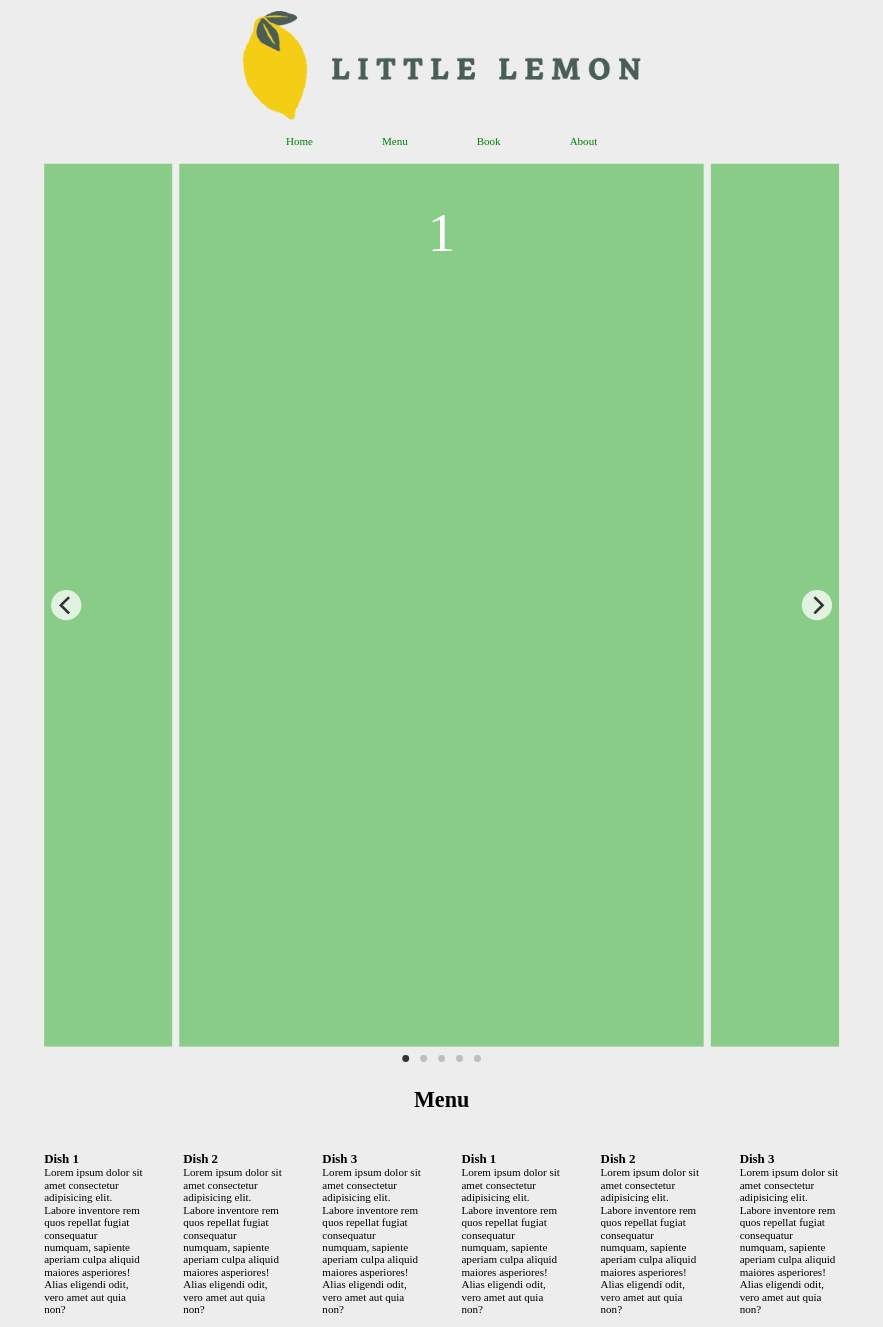
Repository: klone007/littleLemon
Page: index.html
These files come from the project's save history. The page is drawn as it stood at one moment and after the next save; the edit follows.
The browser window is 1280 px wide. The pictures show the whole page, at 69% of full size.

Above is the page before, as saved 2022-11-16 22:34:47.

### index.html
<!DOCTYPE html>
<html lang="en">
<head>
    <meta charset="UTF-8">
    <meta http-equiv="X-UA-Compatible" content="IE=edge">
    <meta name="viewport" content="width=device-width, initial-scale=1.0">
    <title>Little Lemon</title>
    <meta name="author" content="Owned by Maria & Jason">
    <meta name="description" content="Little lemon restaurant">

    <link rel="stylesheet" href="./styles.css">
    <link rel="stylesheet" href="./docs/flickity.css" media="screen">
</head>
<body>
    <script src="./docs/flickity.pkgd.min.js"></script>
    <header>
        <img src="Asset 16@4x.png" alt="logo" />
    </header>

    <nav>
        <ul>
            <li><a href="#">Home</a></li>
            <li><a href="#">Menu</a></li>
            <li><a href="#">Book</a></li>
            <li><a href="#">About</a></li>
        </ul>
    </nav>

    <main>
        <div class="gallery js-flickity" data-flickity-options='{ "wrapAround": true }'>
            <div class="gallery-cell"></div>
            <div class="gallery-cell"></div>
            <div class="gallery-cell"></div>
            <div class="gallery-cell"></div>
            <div class="gallery-cell"></div>
        </div>

        <h1>Menu</h1>
        <section>
            <article>
                <h3>Dish 1</h3>
                <p>Lorem ipsum dolor sit amet consectetur adipisicing elit. Labore inventore rem quos repellat fugiat consequatur numquam, sapiente aperiam culpa aliquid maiores asperiores! Alias eligendi odit, vero amet aut quia non?</p>
            </article>
            <article>
                <h3>Dish 2</h3>
                <p>Lorem ipsum dolor sit amet consectetur adipisicing elit. Labore inventore rem quos repellat fugiat consequatur numquam, sapiente aperiam culpa aliquid maiores asperiores! Alias eligendi odit, vero amet aut quia non?</p>
            </article>
            <article>
                <h3>Dish 3</h3>
                <p>Lorem ipsum dolor sit amet consectetur adipisicing elit. Labore inventore rem quos repellat fugiat consequatur numquam, sapiente aperiam culpa aliquid maiores asperiores! Alias eligendi odit, vero amet aut quia non?</p>
            </article>
            <article>
                <h3>Dish 1</h3>
                <p>Lorem ipsum dolor sit amet consectetur adipisicing elit. Labore inventore rem quos repellat fugiat consequatur numquam, sapiente aperiam culpa aliquid maiores asperiores! Alias eligendi odit, vero amet aut quia non?</p>
            </article>
            <article>
                <h3>Dish 2</h3>
                <p>Lorem ipsum dolor sit amet consectetur adipisicing elit. Labore inventore rem quos repellat fugiat consequatur numquam, sapiente aperiam culpa aliquid maiores asperiores! Alias eligendi odit, vero amet aut quia non?</p>
            </article>
            <article>
                <h3>Dish 3</h3>
                <p>Lorem ipsum dolor sit amet consectetur adipisicing elit. Labore inventore rem quos repellat fugiat consequatur numquam, sapiente aperiam culpa aliquid maiores asperiores! Alias eligendi odit, vero amet aut quia non?</p>
            </article>
        </section>
    </main>
</body>
</html>

### styles.css
*{
    margin:0;
    padding:0;
    -webkit-box-sizing: border-box;
    box-sizing: border-box;
}

body {
    background-color: #ededed;
    margin-top: 1rem;
    margin-bottom: 1rem;
    margin-left: 5%;
    margin-right: 5%;
}

header > img {
    display: block;
    margin-left: auto;
    margin-right: auto;
    width:50%;
}

nav  ul {
    list-style: none;
    display: flex;
    justify-content: center;
    margin: 2%;

}

nav a:link {
    text-decoration: none;
    color: green;
    padding: 10px 50px;

}

nav a:hover {
    background-color: green;
    color: antiquewhite;
}

main > h1 {
    display: flex;
    justify-content: center;
    align-items: center;
    margin-top:5%;
}
section {
    display: flex;
    justify-content: center;
    align-items: center;
    margin-top: 5%;
    margin-left: auto;
    margin-right: auto;
    gap: 5%;
}



.gallery {
    background: #EEE;
  }

  .gallery-cell {
    width: 66%;
    height: 100vw;
    margin-right: 10px;
    background: #8C8;
    counter-increment: gallery-cell;
  }

  /* cell number */
  .gallery-cell:before {
    display: block;
    text-align: center;
    content: counter(gallery-cell);
    line-height: 200px;
    font-size: 80px;
    color: white;
  }

### docs/flickity.css
/*! Flickity v2.3.0
https://flickity.metafizzy.co
---------------------------------------------- */

.flickity-enabled {
  position: relative;
}

.flickity-enabled:focus { outline: none; }

.flickity-viewport {
  overflow: hidden;
  position: relative;
  height: 100%;
}

.flickity-slider {
  position: absolute;
  width: 100%;
  height: 100%;
}

/* draggable */

.flickity-enabled.is-draggable {
  -webkit-tap-highlight-color: transparent;
  -webkit-user-select: none;
     -moz-user-select: none;
      -ms-user-select: none;
          user-select: none;
}

.flickity-enabled.is-draggable .flickity-viewport {
  cursor: move;
  cursor: -webkit-grab;
  cursor: grab;
}

.flickity-enabled.is-draggable .flickity-viewport.is-pointer-down {
  cursor: -webkit-grabbing;
  cursor: grabbing;
}

/* ---- flickity-button ---- */

.flickity-button {
  position: absolute;
  background: hsla(0, 0%, 100%, 0.75);
  border: none;
  color: #333;
}

.flickity-button:hover {
  background: white;
  cursor: pointer;
}

.flickity-button:focus {
  outline: none;
  box-shadow: 0 0 0 5px #19F;
}

.flickity-button:active {
  opacity: 0.6;
}

.flickity-button:disabled {
  opacity: 0.3;
  cursor: auto;
  /* prevent disabled button from capturing pointer up event. #716 */
  pointer-events: none;
}

.flickity-button-icon {
  fill: currentColor;
}

/* ---- previous/next buttons ---- */

.flickity-prev-next-button {
  top: 50%;
  width: 44px;
  height: 44px;
  border-radius: 50%;
  /* vertically center */
  transform: translateY(-50%);
}

.flickity-prev-next-button.previous { left: 10px; }
.flickity-prev-next-button.next { right: 10px; }
/* right to left */
.flickity-rtl .flickity-prev-next-button.previous {
  left: auto;
  right: 10px;
}
.flickity-rtl .flickity-prev-next-button.next {
  right: auto;
  left: 10px;
}

.flickity-prev-next-button .flickity-button-icon {
  position: absolute;
  left: 20%;
  top: 20%;
  width: 60%;
  height: 60%;
}

/* ---- page dots ---- */

.flickity-page-dots {
  position: absolute;
  width: 100%;
  bottom: -25px;
  padding: 0;
  margin: 0;
  list-style: none;
  text-align: center;
  line-height: 1;
}

.flickity-rtl .flickity-page-dots { direction: rtl; }

.flickity-page-dots .dot {
  display: inline-block;
  width: 10px;
  height: 10px;
  margin: 0 8px;
  background: #333;
  border-radius: 50%;
  opacity: 0.25;
  cursor: pointer;
}

.flickity-page-dots .dot.is-selected {
  opacity: 1;
}

Loaded but not shown: docs/flickity.pkgd.min.js (library)

After the next save:
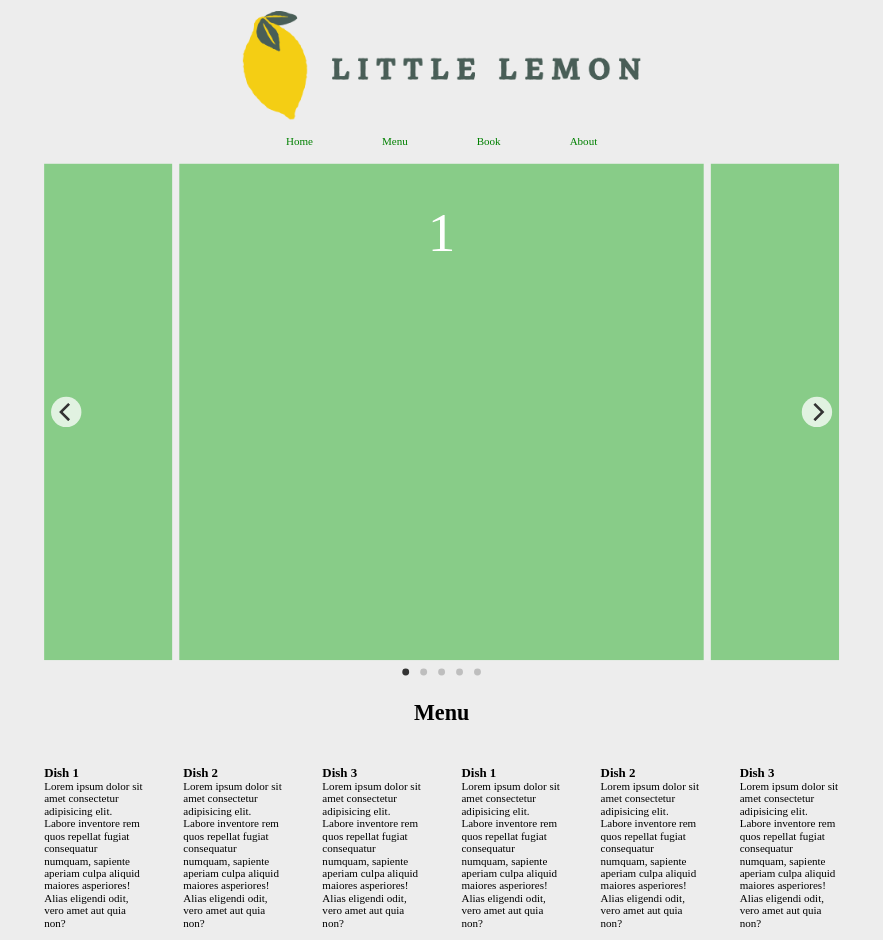
Saved 50 s later.
--- a/styles.css
+++ b/styles.css
@@ -64,7 +64,7 @@
 
   .gallery-cell {
     width: 66%;
-    height: 100vw;
+    height: 100vh;
     margin-right: 10px;
     background: #8C8;
     counter-increment: gallery-cell;
